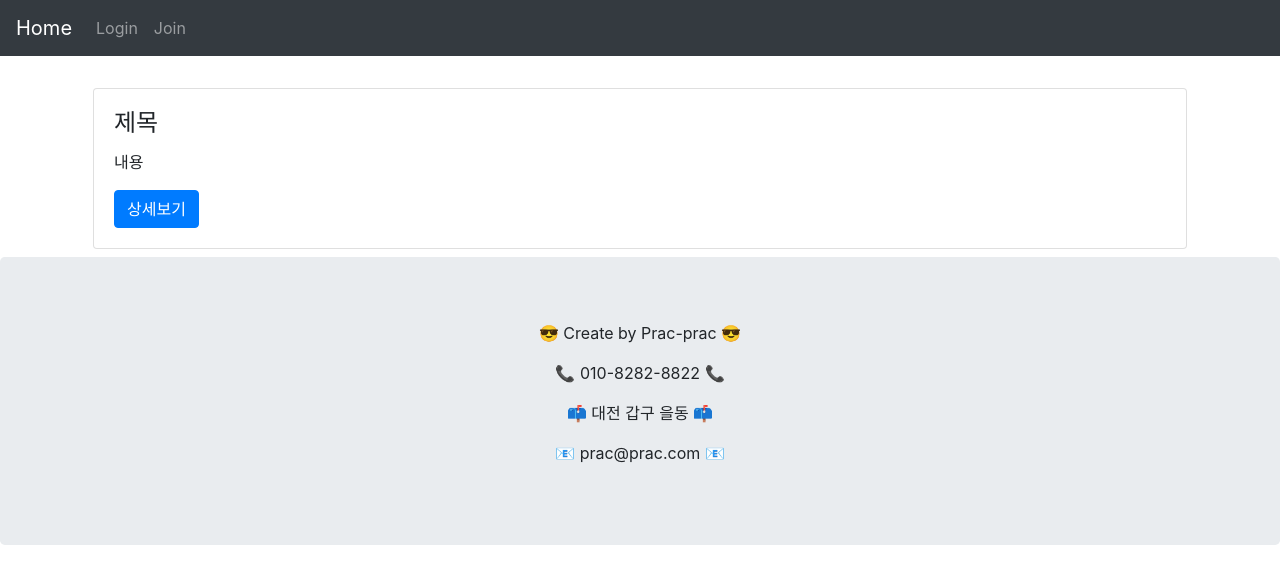
Repository: Prac-prac/Springboot-JPA-blog
Page: http://localhost/blog/WEB-INF/views/index.jsp
The author's editor kept a copy of each file at every save. The page is drawn from the files as they stood at one save, then again after the next save.
The browser window is 1280 px wide. The pictures show the whole page.
The page is served by Tomcat 9. Nobody is signed in. Other server files are loaded and not shown. The template is opened directly, without the code that normally fills it, so the values that code supplies are empty.

Above is the page before, as saved 2021-08-21 14:47:19.

### blog/src/main/webapp/WEB-INF/views/index.jsp
<%@ page language="java" contentType="text/html; charset=utf-8" pageEncoding="utf-8"%>
<!DOCTYPE html>
<html lang="en">
<head>
<title>Bootstrap Example</title>
<meta charset="utf-8">
<meta name="viewport" content="width=device-width, initial-scale=1">
<link rel="stylesheet" href="https://maxcdn.bootstrapcdn.com/bootstrap/4.5.2/css/bootstrap.min.css">
</head>
<body>

	<nav class="navbar navbar-expand-md bg-dark navbar-dark">
		<a class="navbar-brand" href="/blog">Home</a>
		<button class="navbar-toggler" type="button" data-toggle="collapse" data-target="#collapsibleNavbar">
			<span class="navbar-toggler-icon"></span>
		</button>
		<div class="collapse navbar-collapse" id="collapsibleNavbar">
			<ul class="navbar-nav">
				<li class="nav-item"><a class="nav-link" href="/user/login">Login</a></li>
				<li class="nav-item"><a class="nav-link" href="/user/join">Join</a></li>
			</ul>
		</div>
	</nav>
	<br>

	<div class="container">
		<div class="card m-2" >
			<div class="card-body">
				<h4 class="card-title">제목</h4>
				<p class="card-text">내용</p>
				<a href="#" class="btn btn-primary">상세보기</a>
			</div>
		</div>
	</div>

	<div class="jumbotron text-center" style="margin-bottom: 0">
		<p>😎&nbsp;Create by Prac-prac&nbsp;😎</p>
		<p>📞&nbsp;010-8282-8822&nbsp;📞</p>
		<p>📫&nbsp;대전 갑구 을동&nbsp;📫</p>
		<p>📧&nbsp;prac@prac.com&nbsp;📧</p>
	</div>

<script src="https://ajax.googleapis.com/ajax/libs/jquery/3.5.1/jquery.min.js"></script>
<script src="https://cdnjs.cloudflare.com/ajax/libs/popper.js/1.16.0/umd/popper.min.js"></script>
<script src="https://maxcdn.bootstrapcdn.com/bootstrap/4.5.2/js/bootstrap.min.js"></script>

</body>
</html>

After the next save:
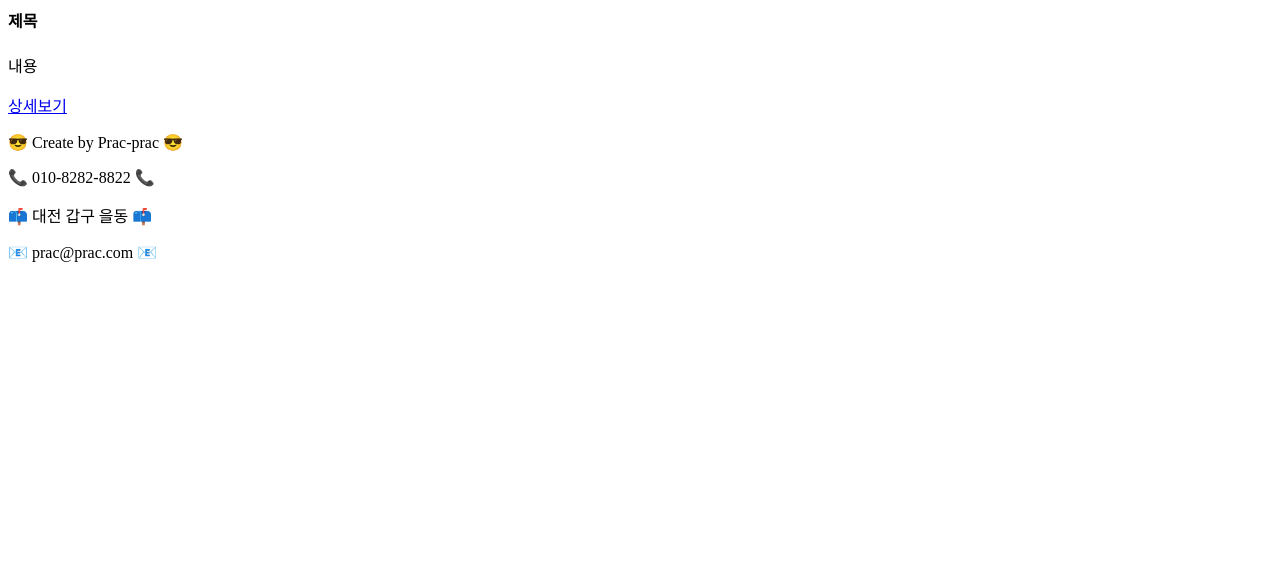
Saved 51 s later.
--- a/blog/src/main/webapp/WEB-INF/views/index.jsp
+++ b/blog/src/main/webapp/WEB-INF/views/index.jsp
@@ -1,27 +1,5 @@
 <%@ page language="java" contentType="text/html; charset=utf-8" pageEncoding="utf-8"%>
-<!DOCTYPE html>
-<html lang="en">
-<head>
-<title>Bootstrap Example</title>
-<meta charset="utf-8">
-<meta name="viewport" content="width=device-width, initial-scale=1">
-<link rel="stylesheet" href="https://maxcdn.bootstrapcdn.com/bootstrap/4.5.2/css/bootstrap.min.css">
-</head>
-<body>
 
-	<nav class="navbar navbar-expand-md bg-dark navbar-dark">
-		<a class="navbar-brand" href="/blog">Home</a>
-		<button class="navbar-toggler" type="button" data-toggle="collapse" data-target="#collapsibleNavbar">
-			<span class="navbar-toggler-icon"></span>
-		</button>
-		<div class="collapse navbar-collapse" id="collapsibleNavbar">
-			<ul class="navbar-nav">
-				<li class="nav-item"><a class="nav-link" href="/user/login">Login</a></li>
-				<li class="nav-item"><a class="nav-link" href="/user/join">Join</a></li>
-			</ul>
-		</div>
-	</nav>
-	<br>
 
 	<div class="container">
 		<div class="card m-2" >
